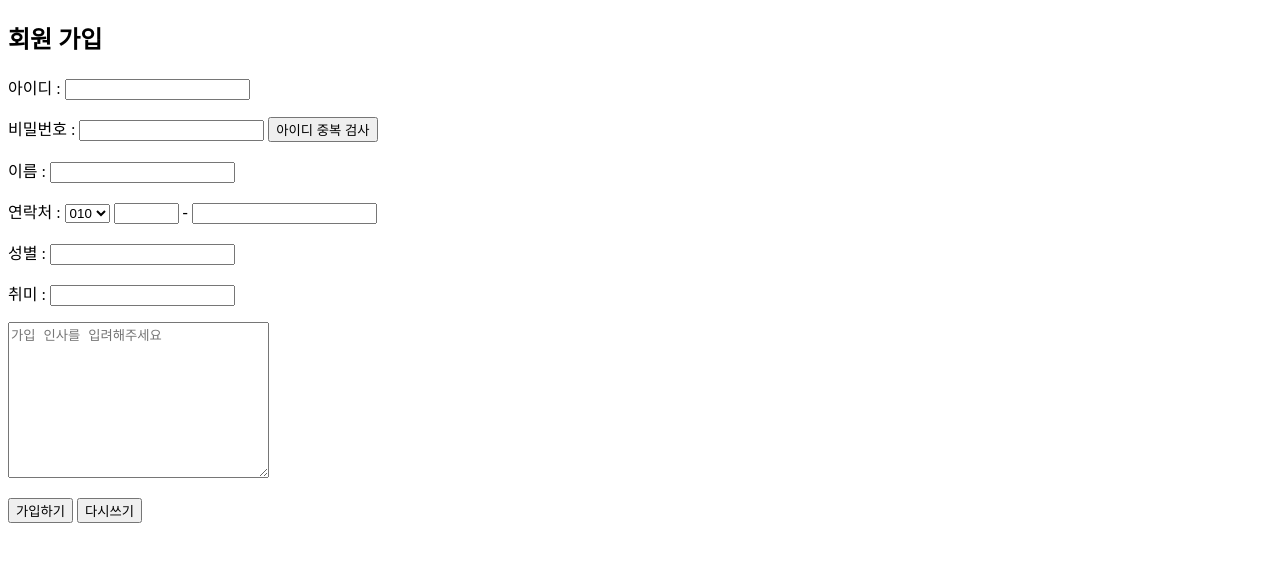
Repository: suinautant/learnCode
Page: http://localhost/JSPBook/ch05/test/register01.jsp
These files come from the project's save history. The page is drawn as it stood at one moment and after the next save; the edit follows.
The browser window is 1280 px wide. The pictures show the whole page.
The page is served by Tomcat 9. Other server files are loaded and not shown.

Above is the page before, as saved 2021-07-01 05:45:07.

### jsp/JSPBook/WebContent/ch05/test/register01.jsp
<%@ page language="java" contentType="text/html; charset=UTF-8" pageEncoding="UTF-8"%>
<!DOCTYPE html>
<html>
<head>
<meta charset="UTF-8">
<title>회원가입</title>
</head>
<body>
	<h2>회원 가입</h2>
	<form action="register01_action.jsp" method="get">
		<p>
			아이디 :
			<input type="text" name="id" />
		</p>
		<p>
			비밀번호 :
			<input type="password" name="passwd" />
			<input type="button" value="아이디 중복 검사" />
		</p>
		<p>
			이름 :
			<input type="text" name="name" />
		</p>
		<p>
			연락처 :
			<select name="tel1">
				<option value="010">010</option>
				<option value="011">011</option>
				<option value="016">016</option>
				<option value="017">017</option>
				<option value="018">018</option>
				<option value="019">019</option>
			</select>
			<input type="text" name="tel2" size="5" />
			-
			<input type="text" name="tel3" />
		</p>
		<p>
			성별 :
			<input type="text" name="sex" />
		</p>
		<p>
			취미 :
			<input type="text" name="hobby" />
		</p>
		<p>
			<textarea name="hello" rows="10" cols="30" placeholder="가입 인사를 입려해주세요"></textarea>
		<p>
			<input type="submit" value="가입하기" />
			<input type="reset" value="다시쓰기" />
		</p>
	</form>

</body>
</html>

After the next save:
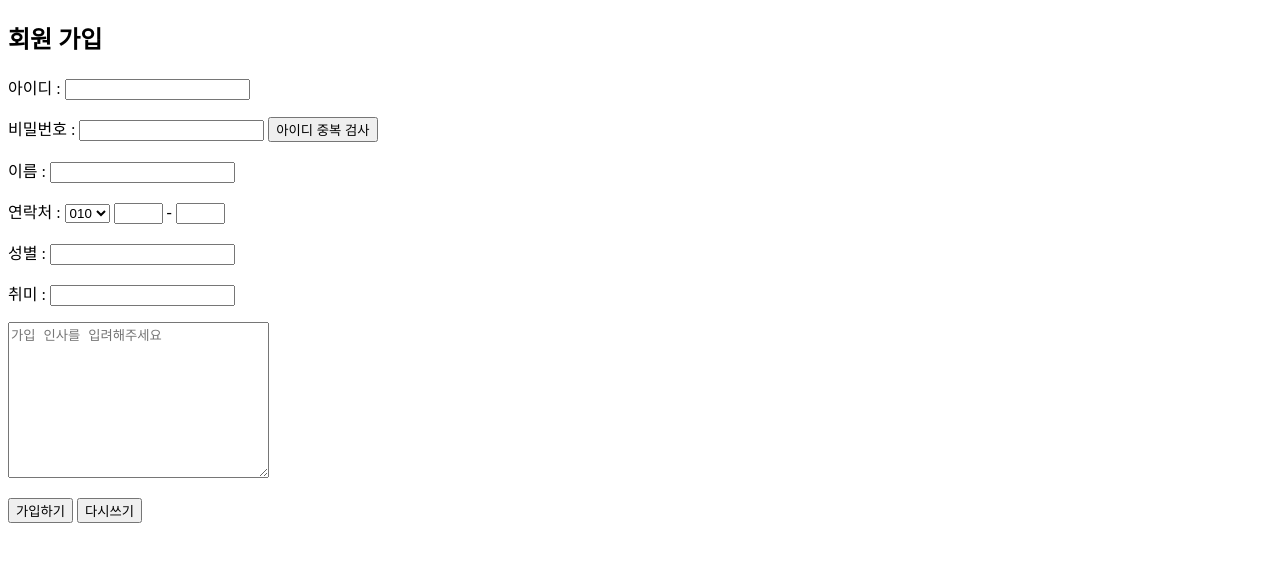
Saved 12 s later.
--- a/jsp/JSPBook/WebContent/ch05/test/register01.jsp
+++ b/jsp/JSPBook/WebContent/ch05/test/register01.jsp
@@ -31,9 +31,9 @@
 				<option value="018">018</option>
 				<option value="019">019</option>
 			</select>
-			<input type="text" name="tel2" size="5" />
+			<input type="text" name="tel2" size="3" />
 			-
-			<input type="text" name="tel3" />
+			<input type="text" name="tel3" size="3" />
 		</p>
 		<p>
 			성별 :
